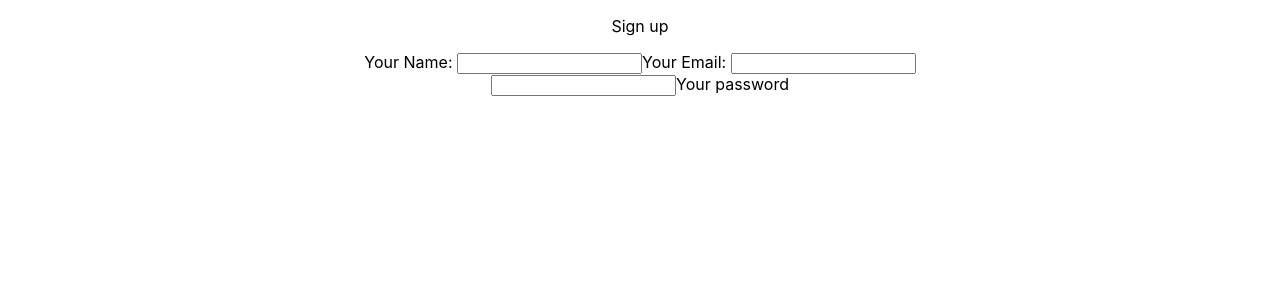
Repository: Rubin78/loginform
Page: /
The author's editor kept a copy of each file at every save. The page is drawn from the files as they stood at one save, then again after the next save.
The browser window is 1280 px wide. The pictures show the whole page.
The project was rebuilt for these pictures with package versions that can differ from the ones it lists, and the page was loaded fresh each time. Also part of the build but not shown: src/loginform/loginform.js.

Above is the page before, as saved 2021-02-12 13:46:43.

### src/App.js
import logo from "./logo.svg";
import "./App.css";
import { BrowserRouter as Router, Switch, Route } from "react-router-dom";
import loginform from "./loginform/loginform";
import signupform from "./loginform/signupform";


function App() {
  return (
    <Router>
      <div className="App">
        <Switch>
          <Route exact path="/loginform" component={loginform} />
          <Route exact path="/" component={signupform} />

          <Route render={() => <h2>welcome to portfolio </h2>} />
        </Switch>
      </div>
    </Router>
  );
}

export default App;

### src/loginform/signupform.js
import React from "react";
import { MDBContainer, MDBRow, MDBCol, MDBBtn, MDBInput } from "mdbreact";
import { BrowserRouter as Router, Switch, Route ,Link} from "react-router-dom";


const FormPage = () => {
  return (
    <MDBContainer>
      <MDBRow>
        <MDBCol md="6">
          <form>
            <p className="h5 text-center mb-4">Sign up</p>
            <div className="grey-text">
            <label for="yourName">Your Name: </label>
              <input
                label="Your name"
                id="yourName"
                // icon="user"
                // group
                type="text"
                // validate
                // error="wrong"
                // success="right"
              />
            <label for="yourEmail">Your Email: </label>
              <input
                label="Your name"
                id="yourEmail"
                // icon="user"
                // group
                type="text"
                // validate
                // error="wrong"
                // success="right"
              />
              <MDBInput
                label="Your password"
                icon="lock"
                group
                type="password"
                validate
              />
            </div>
            <div className="text-center">
              {/* <li>
                <Link to="/login" onClick={this.gotosignupform}>
                  Login
                </Link>
              </li> */}
            </div>
          </form>
        </MDBCol>
      </MDBRow>
    </MDBContainer>
  );
};

export default FormPage;

Loaded but not shown: public/index.html (common file); src/index.js (common file); src/index.css (common file); src/reportWebVitals.js (common file); src/App.css (common file)

After the next save:
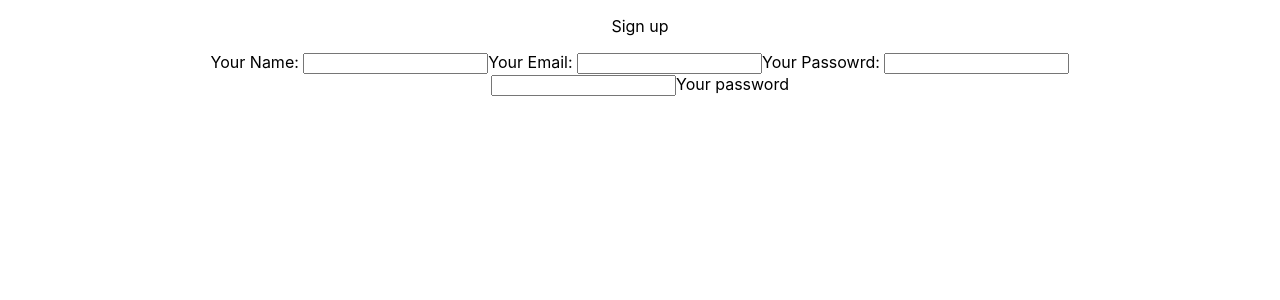
Saved 15 s later.
--- a/src/loginform/signupform.js
+++ b/src/loginform/signupform.js
@@ -33,6 +33,17 @@ const FormPage = () => {
                 // error="wrong"
                 // success="right"
               />
+            <label for="yourPassword">Your Passowrd: </label>
+              <input
+                label="Your name"
+                id="yourPassword"
+                // icon="user"
+                // group
+                type="text"
+                // validate
+                // error="wrong"
+                // success="right"
+              />
               <MDBInput
                 label="Your password"
                 icon="lock"
